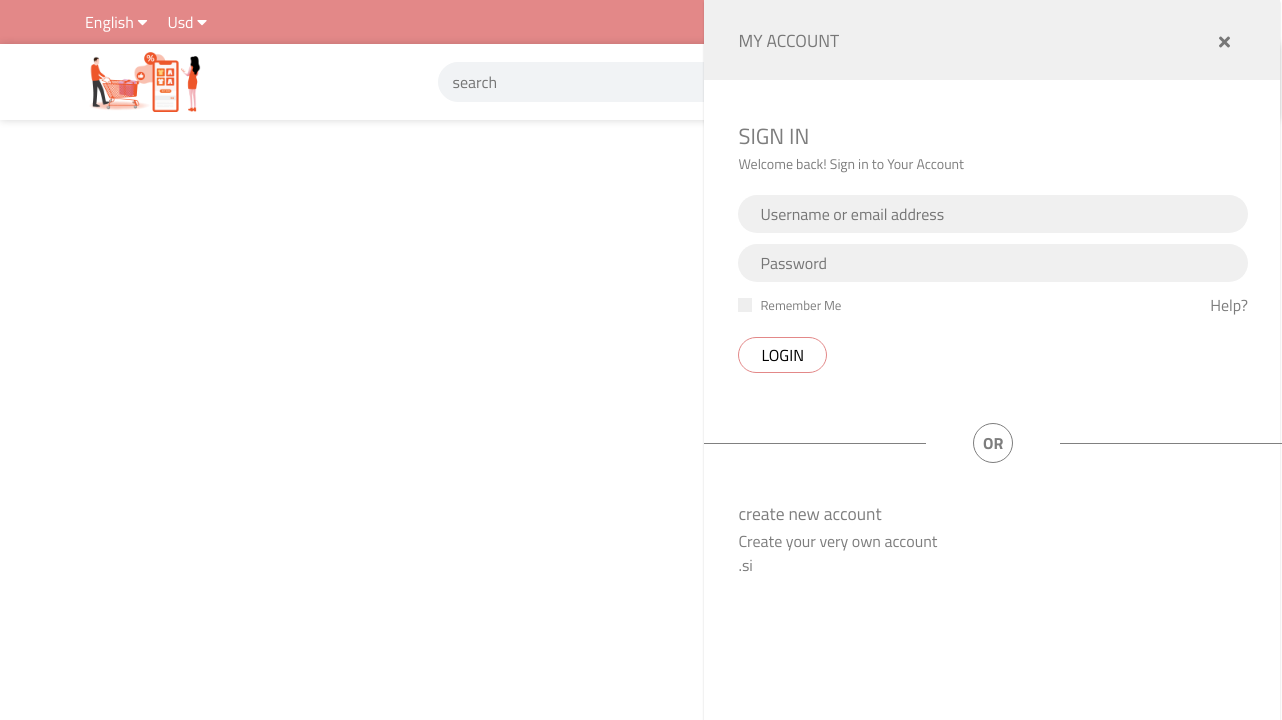
Repository: amrh20/ecommerce-temp
Page: src/index.html
These files come from the project's save history. The page is drawn as it stood at one moment and after a run of saves; the edit follows.
The browser window is 1280 px wide. The page is 1282 px wide, so the pictures cover 1282 px, including what lies to the right of the window. The pictures show the whole page.
The style sheet was rebuilt from its Sass, Less or Tailwind sources for each picture, by a compiler version that may differ from the author's.

Above is the page before, as saved 2020-01-19 15:10:17.

After the next 2 saves:
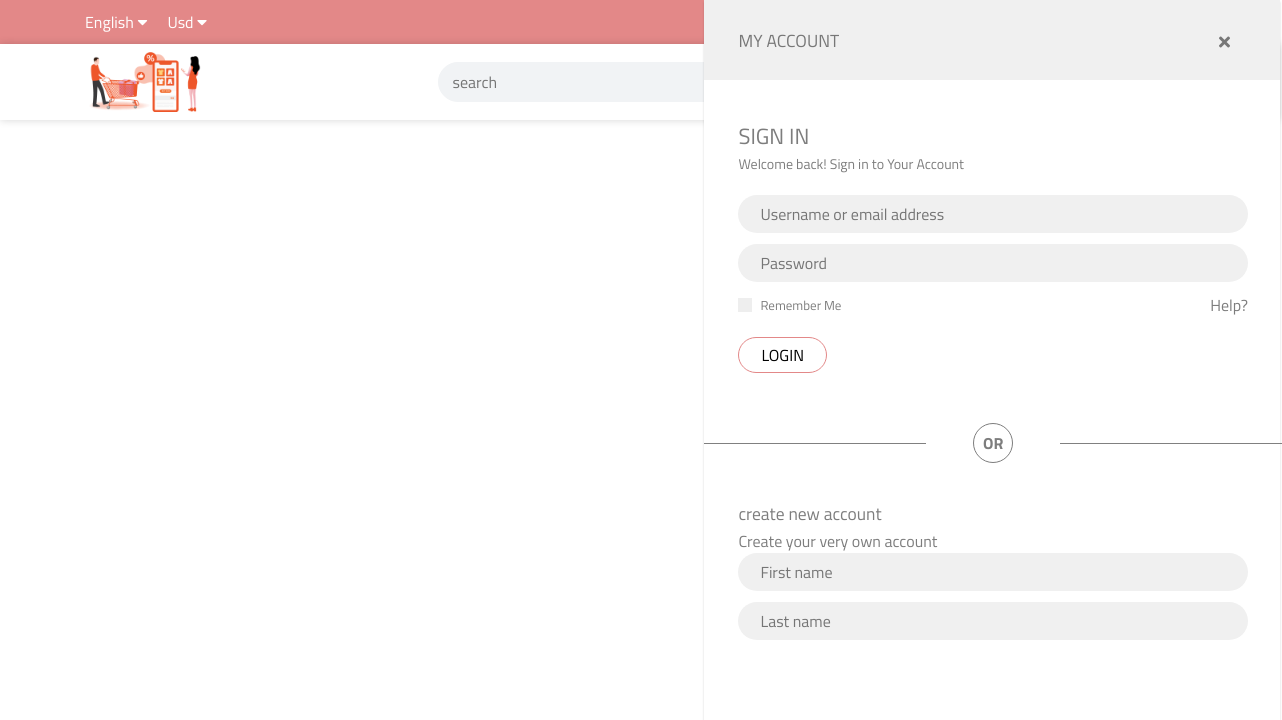
The 2 saves are shown as one change because they came seconds apart.
The last was saved 34 s later.
--- a/src/index.html
+++ b/src/index.html
@@ -303,7 +303,10 @@
                 <h3>create new account</h3>
                 <p>Create your very own account</p>
               </div>
-              .si
+              <div class="signup-inputs">
+                <input type="text" placeholder="First name">
+                <input type="text" placeholder="Last name">
+              </div>
             </div>
           </div>
       </div>
